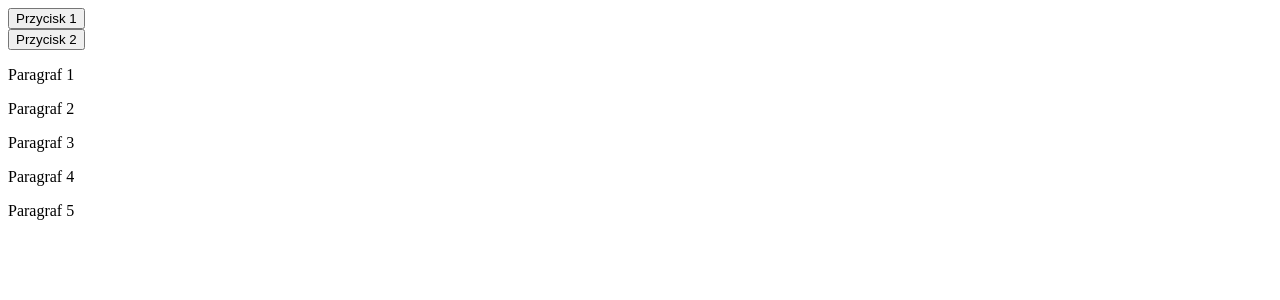
Repository: magdaf41/jQuery
Page: zadanie 2/index.html
These files come from the project's save history. The page is drawn as it stood at one moment and after the next save; the edit follows.
The browser window is 1280 px wide. The pictures show the whole page.
Some web libraries are served in a nearby version.

Above is the page before, as saved 2020-09-13 22:09:05.

### zadanie 2/index.html
<!DOCTYPE html>
<html lang="en">

<head>
    <meta charset="UTF-8">
    <meta name="viewport" content="width=device-width, initial-scale=1.0">
    <title>Animation</title>
    <link rel="stylesheet" href="css/style.css">
</head>

<body>

<div>
    <button id="button1">Przycisk 1</button>
</div>

<div>
    <button id="button2">Przycisk 2</button>
</div>

    <p class="first">Paragraf 1</p>
    <p class="second">Paragraf 2</p>
    <p class="third">Paragraf 3</p>
    <p class="fourth">Paragraf 4</p>
    <p class="fifth">Paragraf 5</p>




    <script src="https://cdnjs.cloudflare.com/ajax/libs/jquery/3.2.1/jquery.min.js"></script>
    <script src="https://code.jquery.com/ui/1.12.1/jquery-ui.min.js"
        integrity="sha256-VazP97ZCwtekAsvgPBSUwPFKdrwD3unUfSGVYrahUqU=" crossorigin="anonymous"></script>
    <script src="js/main.js"></script>
</body>

</html>

### zadanie 2/js/main.js
$(document).ready(function () {


  $('#button1').click(function () {
    $('p:last').insertBefore('p:first');

  });

  $('#button2').click(function () {
    $('p:first').insertAfter('p:last');

  });
});

Loaded but not shown: zadanie 2/css/style.css (no stored copy; drawn as an empty file)

After the next save:
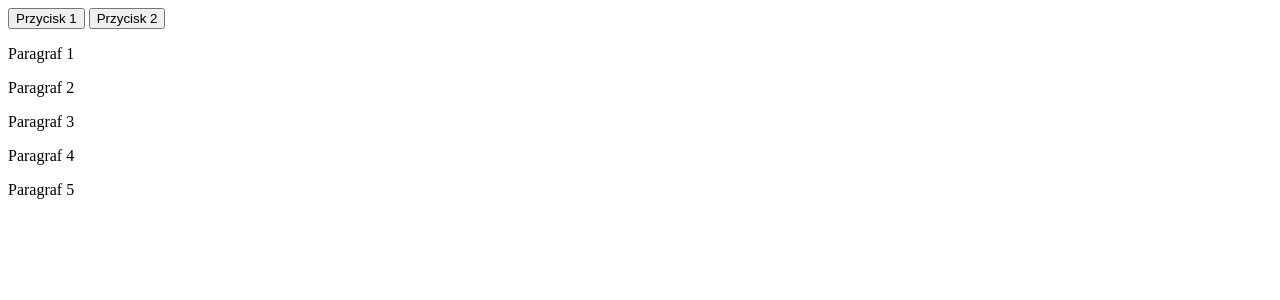
Saved 17 s later.
--- a/zadanie 2/index.html
+++ b/zadanie 2/index.html
@@ -10,13 +10,13 @@
 
 <body>
 
-<div>
+<span>
     <button id="button1">Przycisk 1</button>
-</div>
+</span>
 
-<div>
+<span>
     <button id="button2">Przycisk 2</button>
-</div>
+</span>
 
     <p class="first">Paragraf 1</p>
     <p class="second">Paragraf 2</p>
